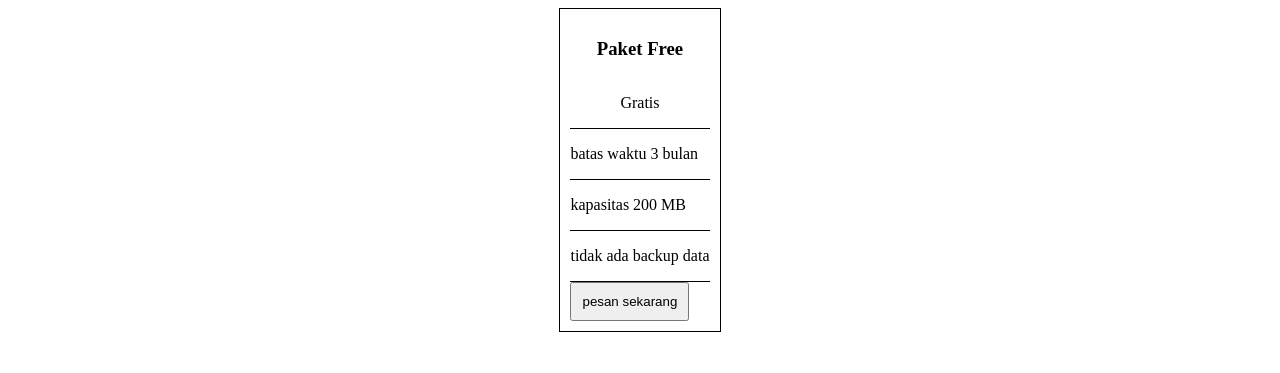
Repository: AHSANS354/tugas-sib5
Page: tugas css/index.html
These files come from the project's save history. The page is drawn as it stood at one moment and after the next save; the edit follows.
The browser window is 1280 px wide. The pictures show the whole page.

Above is the page before, as saved 2023-08-29 15:10:07.

After the next save:
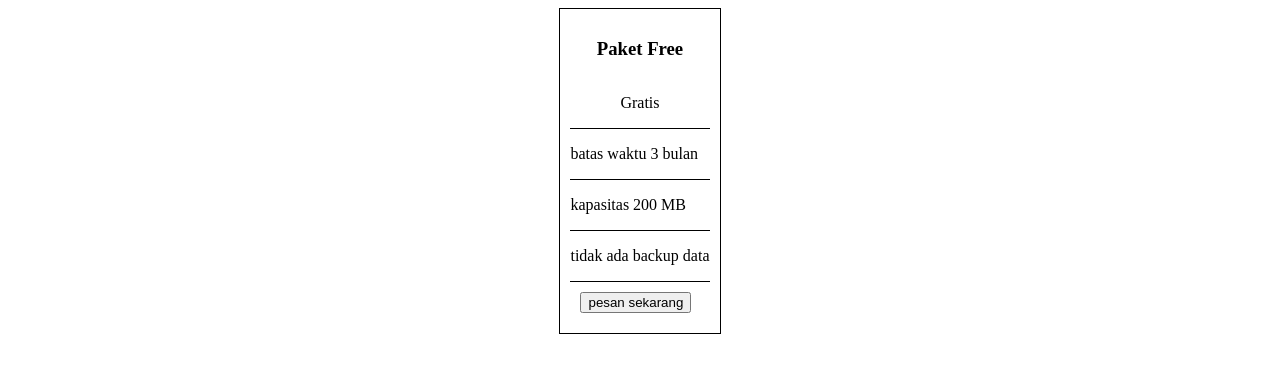
Saved 16 s later.
--- a/tugas css/index.html
+++ b/tugas css/index.html
@@ -70,7 +70,7 @@
                 <p>tidak ada backup data</p>
               </div>
               <div>
-                <button type="button" style="padding: 10px">pesan sekarang</button>
+                <button type="button" style="margin: 10px">pesan sekarang</button>
               </div>
             </div>
           </div>
